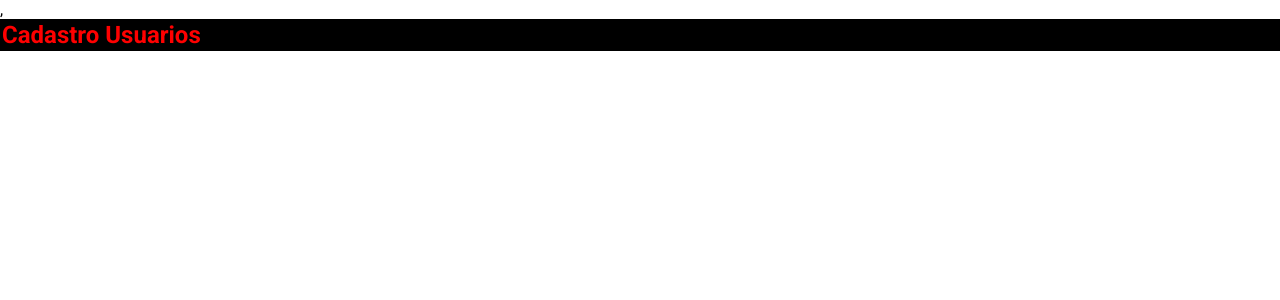
Repository: lcluizrj/meu-projeto-vscode
Page: / (app in cadastro-usuarios-devclub/)
An editor plug-in stored every save of this project. The page is shown before and after a run of saves, followed by the edit.
The browser window is 1280 px wide. The pictures show the whole page.
The project was rebuilt for these pictures with package versions that can differ from the ones it lists, and the page was loaded fresh each time. Also part of the build but not shown: cadastro-usuarios-devclub/vite.config.js.

Above is the page before, as saved 2026-08-12 19:00:35.

After the next 3 saves:
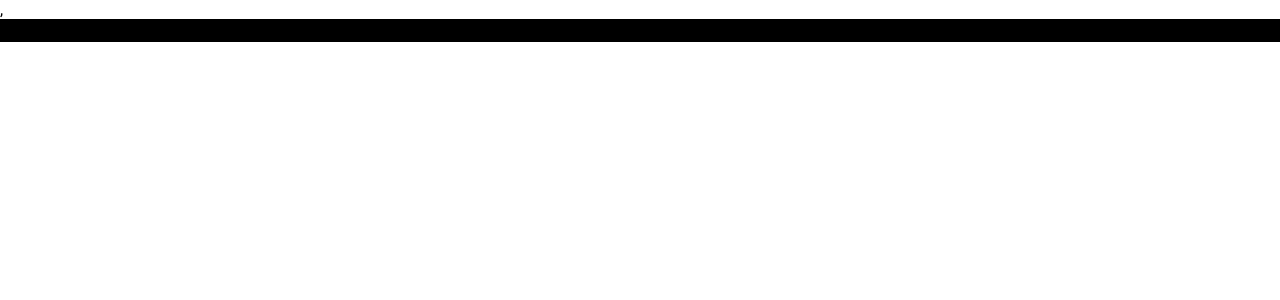
The 3 saves are shown as one change because 1 did not build or start and some came seconds apart.
The last was saved 28 s later.
--- a/cadastro-usuarios-devclub/src/App.jsx
+++ b/cadastro-usuarios-devclub/src/App.jsx
@@ -5,7 +5,7 @@
 return (
   <Container>
 
-    <Title> Cadastro Usuarios </Title>
+    <> Cadastro Usuarios </>
   </Container>
 )
 
